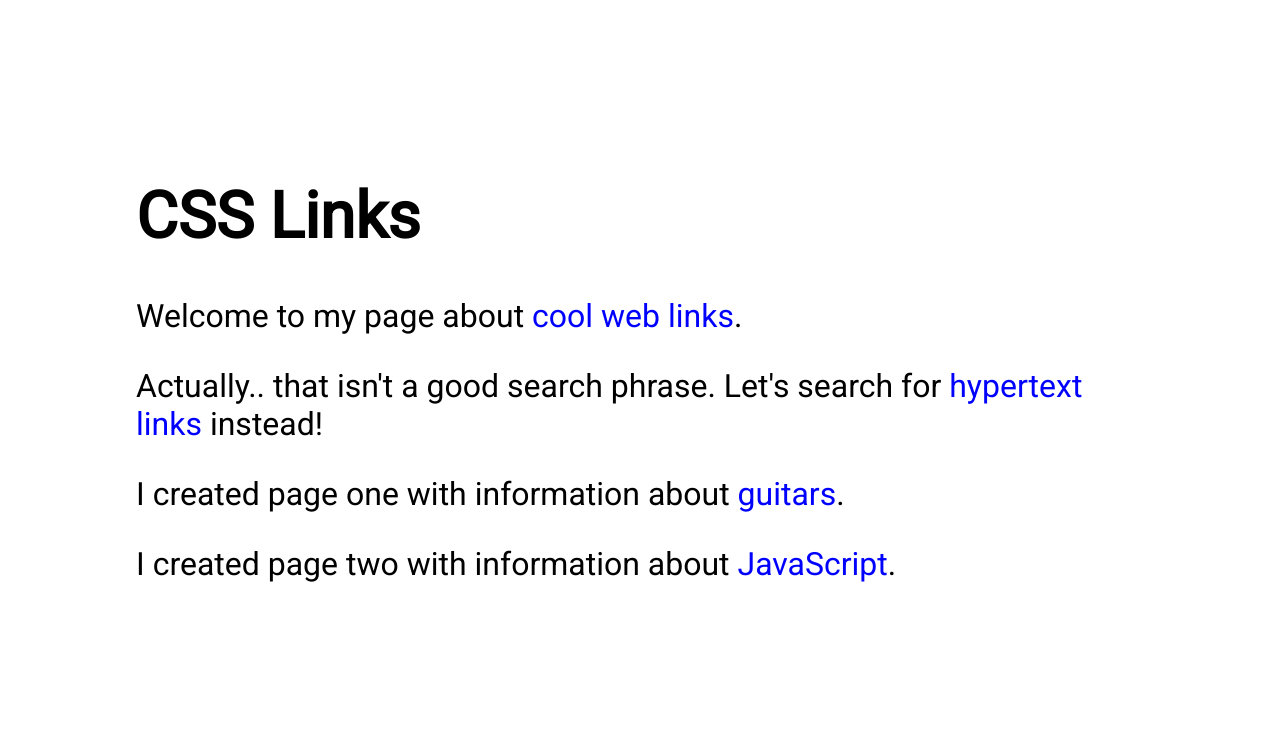
Repository: madhurik9999/Css
Page: index.html
An editor plug-in stored every save of this project. The page is shown before and after the next save, followed by the edit.
The browser window is 1280 px wide. The pictures show the whole page.

Above is the page before, as saved 2023-12-11 11:55:33.

After the next save:
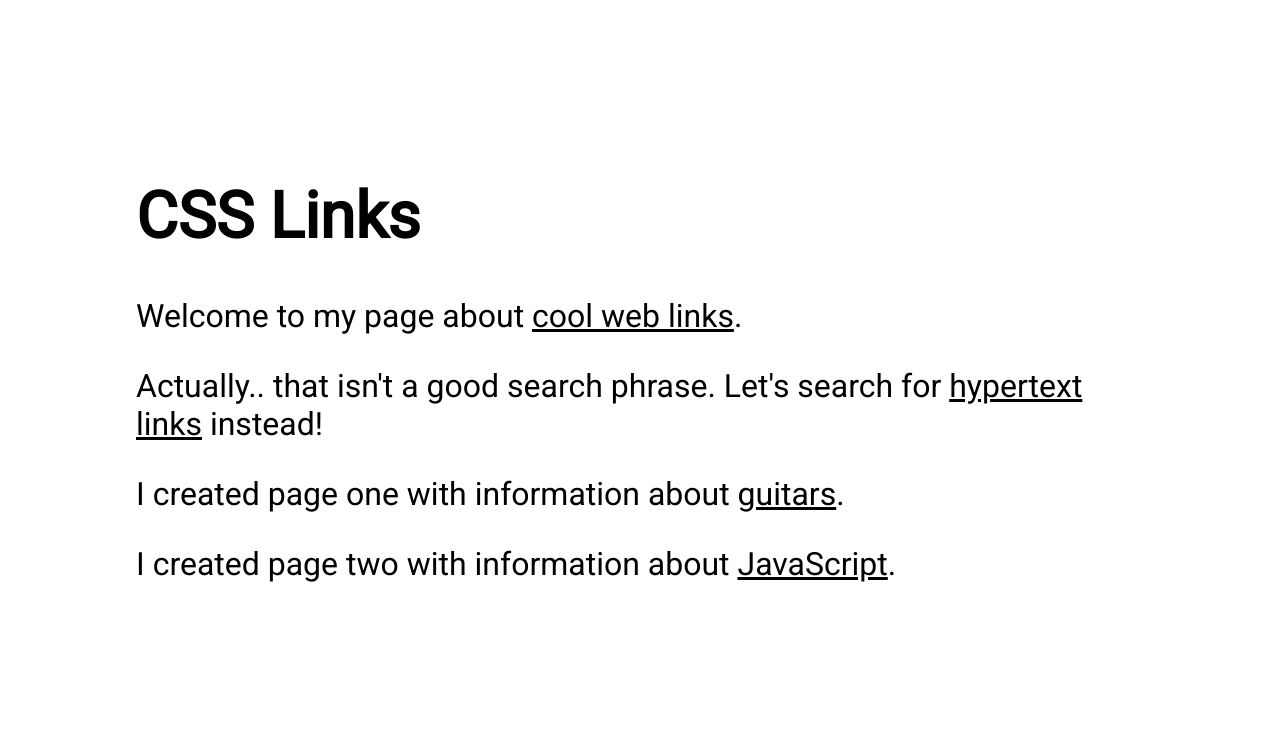
Saved 43 s later.
--- a/styles/style.css
+++ b/styles/style.css
@@ -12,9 +12,7 @@ body {
 
 
 a {
-    text-decoration: none;
-    cursor: pointer;
-    color: blue;
+    color: black;
 }
 
 a:visited {
